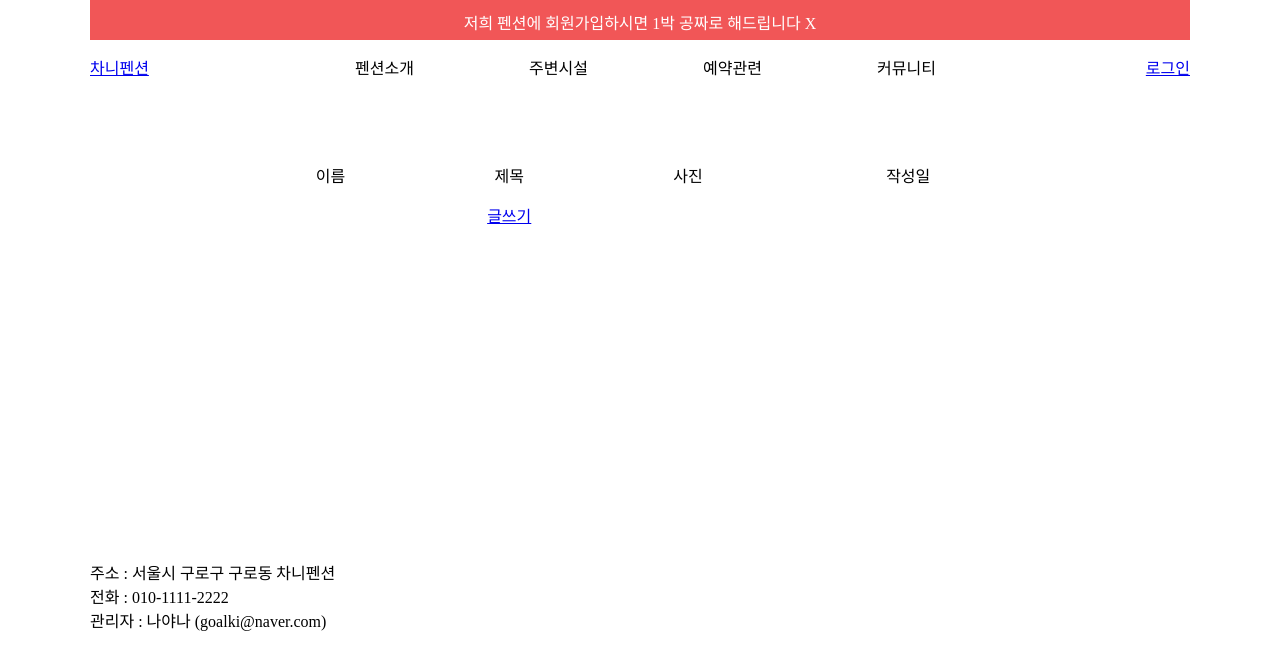
Repository: goalki/pension
Page: http://localhost/pension/tour/list.jsp
An editor plug-in stored every save of this project. The page is shown before and after the next save, followed by the edit.
The browser window is 1280 px wide. The pictures show the whole page.
The page is served by Tomcat 9. Other server files are loaded and not shown. Queries for data that is not in the repository find no rows.

Above is the page before, as saved 2021-01-20 06:34:06.

### pension/WebContent/tour/list.jsp
<%@ page language="java" contentType="text/html; charset=UTF-8"
    pageEncoding="UTF-8"%>
<%@page import="java.sql.*" %>
<%@page import="pension.dto.TourDto" %>
<%@page import="pension.dao.Dao" %>
<%@page import="java.util.ArrayList" %>
<%@ taglib prefix="c" uri="http://java.sun.com/jsp/jstl/core" %>

<%
   Dao dao=new Dao();
   ArrayList<TourDto> list=dao.tour_list();
   pageContext.setAttribute("list", list);
   //out.print(list.size());
%>

<%@ include file="../top.jsp" %>


 <style>
  #section {
    width:1100px;
    height:400px;
    margin:auto;
    text-align:center;
    margin-top:60px;
  }
 </style>
 <div id="section">
   <!-- 레코드 내용 출력 -->
   <table width="800" align="center">
     <tr>
       <td> 이름 </td>
       <td> 제목 </td>
       <td> 사진 </td>
       <td> 작성일 </td>
     </tr>
    <c:forEach var="tdto" items="${list}">
     <tr>
       <td> ${tdto.name} </td>
       <td> <a href="content.jsp?id=${tdto.id}"> ${tdto.title} </a> </td>
       <td> <img src="img/${tdto.fname}" width="50"> </td>
       <td> ${tdto.writeday}  </td>
     </tr>
     </c:forEach>
     <tr height="50">
      <td colspan="3" align="center"> <a href="write.jsp"> 글쓰기 </a> </td>
     </tr>
   </table>
 </div>

<%@ include file="../bottom.jsp" %>

### pension/WebContent/top.jsp
<%@ page language="java" contentType="text/html; charset=UTF-8"
    pageEncoding="UTF-8"%>
<%@ taglib prefix="c" uri="http://java.sun.com/jsp/jstl/core" %>

<!DOCTYPE html>
<html>       <!-- index.jsp -->
<head>
<meta charset="UTF-8">
<title>Insert title here</title>
  <style>
    body {
      margin:0px;
    }
    #first {  /* 광고관련 1층 */
      width:1100px;
      height:30px;
      margin:auto;
      background:#f15657;
      text-align:center;
      padding-top:10px;
      color:white;
    }
    #second {  /* 로고, 메뉴 2층 */
      width:1100px;
      height:60px;
      margin:auto;
    }
    #second #left {
      padding-top:15px;
      width:100px;
      float:left;
    }
    #second #right {
      padding-top:15px;
      width:1000px;
      float:right;
      text-align:right;
    }
    #second #right #menu {
      display:inline-block;
      width:170px;
      height:30px; /* 주메뉴의 높이를 줘야 됩니다 */
      position:relative;
    }
    #second #right #menu:last-child {
      width:250px;
    }
    #second #right #menu .sub {
      position:absolute;
      width:120px;
      left:88px;
      top:10px;
      background:white;
      padding-left:0px;
      visibility:hidden;
      padding-top:10px;

    }
    #second #right #menu .sub li {
      list-style-type:none;
      text-align:center; /* 서브메뉴의 글자 중앙 */
    }


  </style>
    <script src="http://code.jquery.com/jquery-latest.js"></script>
  <script>
    function view_sub(n)
    {
    	document.getElementsByClassName("sub")[n].style.visibility="visible";
    }
    function hide_sub(n)
    {
    	document.getElementsByClassName("sub")[n].style.visibility="hidden";
    }

    $(function()
    {
    	$("#ff").click(function()
    	{
    		$("#first").slideUp();

    	});
    });
  </script>
</head>
<body>
  <div id="first">
     저희 펜션에 회원가입하시면  1박 공짜로 해드립니다
   <span id="ff"  style="cursor:pointer"> X </span>
  </div>
  <div id="second">
     <div id="left"> <a href="../main/index.jsp"> 차니펜션 </a></div>
     <div id="right">
        <span id="menu" onmouseenter="view_sub(0)" onmouseleave="hide_sub(0)"> 펜션소개
        <!-- 부메뉴 -->
           <ul class="sub">
            <li> <a href="../sogae/sogae.jsp"> 우리펜션 </a> </li>
            <li> 오시는길 </li>
           </ul>
        </span>
        <span id="menu" onmouseenter="view_sub(1)" onmouseleave="hide_sub(1)"> 주변시설
        <!-- 부메뉴 -->
           <ul class="sub">
            <li> 만리포 </li>
            <li> 연포</li>
            <li> 채석정 </li>
           </ul>
        </span>
        <span id="menu" onmouseenter="view_sub(2)" onmouseleave="hide_sub(2)"> 예약관련
         <!-- 부메뉴 -->
           <ul class="sub">
            <li>  예약 규정 </a> </li>
            <li> <a href="../reserve/reserve.jsp"> 실시간 예약 </a> </li>
           </ul>
        </span>
        <span id="menu" onmouseenter="view_sub(3)" onmouseleave="hide_sub(3)"> 커뮤니티
        <!-- 부메뉴 -->
           <ul class="sub">
            <li> <a href="../tour/list.jsp"> 여행 후기  </a></li>
            <li> 자유게시판 </li>
           </ul>
        </span>
        <span id="menu">
          <!-- 로그인 전 -->
          <c:if test="${userid == null}">
           <a href="../login/login.jsp"> 로그인 </a>
          </c:if>
          <!-- 관리자 로그인 한 경우 -->
          <c:if test="${userid == 'admin'}">
           <a href="../admin/reserve_view.jsp"> 예약관리  </a> /
           <a href="../admin/member_view.jsp"> 회원관리 </a> /
           <a href="../login/logout.jsp"> 로그아웃 </a>
          </c:if>
          <!--  로그인 한 후 -->
          <c:if test="${userid != null and userid != 'admin'}">
            ${name}님!! <a href="../mypage/mypage.jsp"> 내정보 </a>  <a href="../login/logout.jsp"> 로그아웃 </a>
          </c:if>

        </span>
    </div>
  </div>
  <!-- 여기까지 1층과 2층  top.jsp -->

### pension/WebContent/bottom.jsp
<%@ page language="java" contentType="text/html; charset=UTF-8"
    pageEncoding="UTF-8"%>
 <style>
 #fifth {     /* 펜션소개 5층 */
      width:1100px;
      height:100px;
      margin:auto;
    }
 </style>
<!-- 여기부터 5층 => bottom.jsp -->
  <div id="fifth">
    주소 : 서울시 구로구 구로동 차니펜션 <br>
    전화 : 010-1111-2222 <br>
    관리자 : 나야나  (goalki@naver.com) <br>
  </div>

</body>
</html>

### pension/src/pension/dao/Dao.java
package pension.dao;

import java.sql.*;
import java.time.LocalDate;
import java.util.ArrayList;

import com.oreilly.servlet.MultipartRequest;

import pension.dto.MemberDto;
import pension.dto.ReserveDto;
import pension.dto.RoomDto;
import pension.dto.TourDto;

public class Dao {

	String db="jdbc:mysql://localhost:3306/pension";
	String userid="root";
    String pw="1234";
    Connection conn;
	public Dao() throws ClassNotFoundException, SQLException
	{
		Class.forName("com.mysql.jdbc.Driver"); // 기능은 무조건 메소드내에서 실행
		conn=DriverManager.getConnection(db,userid,pw);
	}
	// room 테이블의 전체내용을 가져오기
    public ArrayList<RoomDto> get_room() throws SQLException
    {
    	String sql="select name,id from room order by price asc";
    	Statement stmt=conn.createStatement();
    	ResultSet rs=stmt.executeQuery(sql);
    	ArrayList<RoomDto> list=new ArrayList<RoomDto>();
    	while(rs.next())
    	{
    		RoomDto rdto=new RoomDto();
    		rdto.setId(rs.getInt("id"));
    		rdto.setName(rs.getString("name"));
    		list.add(rdto);
    	}
    	/*
    	String sql="select name from room order by price asc";
    	Statement stmt=conn.createStatement();
    	ResultSet rs=stmt.executeQuery(sql);
    	ArrayList<String> list=new ArrayList<String>();
    	while(rs.next())
    	{
    		list.add(rs.getString("name"));
    	}
    	*/
    	return list;
    }

    // 사용자가 선택한 방의 정보를 가져오기
    public RoomDto select_room(String id) throws SQLException
    {
    	String sql="select * from room where id="+id;
    	Statement stmt=conn.createStatement();
    	ResultSet rs=stmt.executeQuery(sql);
    	rs.next();
    	RoomDto rdto=new RoomDto();
    	rdto.setId(rs.getInt("id"));
    	rdto.setName(rs.getString("name"));
    	rdto.setMax(rs.getInt("max"));
    	rdto.setMin(rs.getInt("min"));
    	rdto.setPrice(rs.getInt("price"));

    	return rdto;
    }

    public void insert(ReserveDto rdto,String userid) throws SQLException // reserve테이블에 입력값을 넣기
    {
    	// 쿼리 생성
    	String outday="date_add('"+rdto.getInday()+"', interval "+rdto.getSuk()+" day)";
    	String sql="insert into reserve(rid,name,phone,inday,outday";
    	sql=sql+",inwon1,inwon2,inwon3,bbq,pork,suk_price,etc_price,tot_price,writeday,userid) ";
    	sql=sql+" values(?,?,?,?,"+outday+",?,?,?,?,?,?,?,?,now(),?)";

    	// date_add('2021-01-05',interval 숙박일 day);
    	PreparedStatement pstmt=conn.prepareStatement(sql);
    	pstmt.setInt(1, rdto.getRid());
    	pstmt.setString(2, rdto.getName());
    	pstmt.setString(3, rdto.getPhone());
    	pstmt.setString(4, rdto.getInday());
    	//pstmt.setString(5, outday);
    	pstmt.setInt(5, rdto.getInwon1());
    	pstmt.setInt(6, rdto.getInwon2());
    	pstmt.setInt(7, rdto.getInwon3());
    	pstmt.setInt(8, rdto.getBbq());
    	pstmt.setInt(9, rdto.getPork());
    	pstmt.setInt(10, rdto.getSuk_price());
    	pstmt.setInt(11, rdto.getEtc_price());
    	pstmt.setInt(12, rdto.getTot_price());
    	pstmt.setString(13, userid);
    	pstmt.executeUpdate();
    	//System.out.println(pstmt.toString());
    	conn.close();
    }

    public ReserveDto get_reserve(String userid) throws SQLException // 방금 예약한 정보를 가져오는 메소드(1개의 레코드)
    {
    	String sql="select * from reserve where userid='"+userid+"' order by id desc limit 1";
    	Statement stmt=conn.createStatement();
    	ResultSet rs=stmt.executeQuery(sql);
    	rs.next();
    	ReserveDto rdto=new ReserveDto();
    	rdto.setId(rs.getInt("id"));
    	rdto.setRid(rs.getInt("rid"));
    	rdto.setName(rs.getString("name"));
    	rdto.setPhone(rs.getString("phone"));
    	rdto.setInday(rs.getString("inday"));
    	rdto.setOutday(rs.getString("outday"));
    	rdto.setInwon1(rs.getInt("inwon1"));
    	rdto.setInwon2(rs.getInt("inwon2"));
    	rdto.setInwon3(rs.getInt("inwon3"));
    	rdto.setBbq(rs.getInt("bbq"));
    	rdto.setPork(rs.getInt("pork"));
    	rdto.setSuk_price(rs.getInt("suk_price"));
    	rdto.setEtc_price(rs.getInt("etc_price"));
    	rdto.setTot_price(rs.getInt("tot_price"));
    	rdto.setWriteday(rs.getString("writeday"));

    	// 방이름 가져오기
    	sql="select name from room where id="+rdto.getRid();
    	rs=stmt.executeQuery(sql);
    	rs.next();
    	rdto.setRoomname(rs.getString("name"));
    	return rdto;

    }

    public int room_state(String rid, String xday) throws SQLException// y-m-d형태의 값과 room의 id(rid)값을 받아서 예약이 되었는지를 int값으로 가져온다..
    {
    	String sql="select count(*) as cnt from reserve where inday <= ?  and outday > ? and rid=? ";
    	PreparedStatement pstmt=conn.prepareStatement(sql);
    	pstmt.setString(1, xday);
    	pstmt.setString(2, xday);
    	pstmt.setString(3, rid);
    	ResultSet rs=pstmt.executeQuery();
    	rs.next();

    	return rs.getInt("cnt");
    }

    public int suk_check(String y,String m, String d, String rid) throws SQLException
    {
        int yy=Integer.parseInt(y);
        int mm=Integer.parseInt(m);
        int dd=Integer.parseInt(d);
    	LocalDate inday=LocalDate.of(yy, mm, dd);
    	int chk=0;

    	for(int i=1;i<=8;i++)
    	{
    	  LocalDate xday=inday.plusDays(i);
    	  chk=i;
    	  String sql="select * from reserve where inday <= ? and outday > ? and rid=?";
    	  PreparedStatement pstmt=conn.prepareStatement(sql);
          pstmt.setString(1, xday.toString());
          pstmt.setString(2, xday.toString());
          pstmt.setString(3, rid);

    	  ResultSet rs=pstmt.executeQuery();
          if(rs.next())  // 레코드 있으면 true, 없으면 false
          {
        	break;// 멈춘다!!
          }

    	} // for문의 끝

    	return chk; // 몇박을 나타낼지!!
    }

    public void member_ok(MemberDto mdto) throws SQLException
    {
    	String sql="insert into member(name,userid,pwd,phone,writeday) ";
    	sql=sql+" values(?,?,?,?,now())";
    	PreparedStatement pstmt=conn.prepareStatement(sql);
        pstmt.setString(1, mdto.getName());
        pstmt.setString(2, mdto.getUserid());
        pstmt.setString(3, mdto.getPwd());
        pstmt.setString(4, mdto.getPhone());

        pstmt.executeUpdate();

        conn.close();

    }

    public boolean ismember(String userid, String pwd) throws SQLException // 회원인지 아닌지  true, false
    {
    	String sql="select * from member where userid=? and pwd=?";
    	PreparedStatement pstmt=conn.prepareStatement(sql);
    	pstmt.setString(1, userid);
    	pstmt.setString(2, pwd);

    	ResultSet rs=pstmt.executeQuery(); // 레코드가 있든지, 없든지

		/*
		 * if(rs.next()) return true; else return false;
		 */
    	return rs.next();
    }

    public int isuserid(String userid) throws SQLException
    {
    	String sql="select count(*) as num from member where userid='"+userid+"'";
    	Statement stmt=conn.createStatement();
    	ResultSet rs=stmt.executeQuery(sql);
    	rs.next();
    	// 아이디가 존재하면 1, 아니면 0
    	return rs.getInt("num");
    }

    public MemberDto mypage(String userid) throws SQLException
    {
    	String sql="select * from member where userid='"+userid+"'";
    	Statement stmt=conn.createStatement();
    	ResultSet rs=stmt.executeQuery(sql);
    	rs.next();
    	MemberDto mdto=new MemberDto();
    	mdto.setName(rs.getString("name"));
    	mdto.setPhone(rs.getString("phone"));

    	return mdto;
    }

    public ArrayList<ReserveDto> my_reserve(String userid) throws SQLException
    {
    	String sql="select r2.name,r1.inday,r1.outday,r1.bbq,r1.pork";
    	sql=sql+",r1.writeday from reserve as r1, room as r2 ";
    	sql=sql+" where r1.rid=r2.id and userid='"+userid+"'";
    	System.out.println(sql);
    	Statement stmt=conn.createStatement();
    	ResultSet rs=stmt.executeQuery(sql);
    	ArrayList<ReserveDto> list=new ArrayList<ReserveDto>();
    	while(rs.next())
    	{
    	  ReserveDto rdto=new ReserveDto();
    	  rdto.setRoomname(rs.getString("name"));
    	  rdto.setInday(rs.getString("inday"));
    	  rdto.setOutday(rs.getString("outday"));
       	  rdto.setBbq(rs.getInt("bbq"));
    	  rdto.setPork(rs.getInt("pork"));
    	  rdto.setWriteday(rs.getString("writeday"));

    	  list.add(rdto);
    	}

    	return list;
    }

    public String get_name(String userid) throws SQLException
    {
    	String sql="select name from member where userid='"+userid+"'";
    	Statement stmt=conn.createStatement();
    	ResultSet rs=stmt.executeQuery(sql);
    	rs.next();
    	return rs.getString("name");
    }

    // 아이디찾기
    public String userid_search(String name, String phone) throws SQLException
    {
    	String sql="select userid from member where name=? and phone=?";
    	PreparedStatement pstmt=conn.prepareStatement(sql);
    	pstmt.setString(1, name);
    	pstmt.setString(2, phone);
    	ResultSet rs=pstmt.executeQuery();
    	if(rs.next())
    	{
    		return rs.getString("userid");
    	}
    	else
    	{
    		return "0";
    	}

    }

    // 비밀번호 찾기
    public String pwd_search(String userid, String name, String phone) throws SQLException
    {
    	String sql="select pwd from member where name=? and phone=? and userid=?";
    	PreparedStatement pstmt=conn.prepareStatement(sql);
    	pstmt.setString(1, name);
    	pstmt.setString(2, phone);
    	pstmt.setString(3, userid);
    	ResultSet rs=pstmt.executeQuery();
    	if(rs.next())
    	{
    		return rs.getString("pwd");
    	}
    	else
    	{
    		return "0";
    	}
    }


    // 관리자가 reserve테이블에 읽어오기
    public ArrayList<ReserveDto> admin_reserve() throws SQLException
    {
    	String sql="select r1.name, r1.phone, r2.name as roomname,r1.inday,r1.outday,r1.bbq,r1.pork";
    	sql=sql+",r1.writeday from reserve as r1, room as r2 ";
    	sql=sql+" where r1.rid=r2.id order by r1.id desc";
    	//System.out.println(sql);
    	Statement stmt=conn.createStatement();
    	ResultSet rs=stmt.executeQuery(sql);
    	ArrayList<ReserveDto> list=new ArrayList<ReserveDto>();
    	while(rs.next())
    	{
    	  ReserveDto rdto=new ReserveDto();
    	  rdto.setName(rs.getString("name"));
    	  rdto.setPhone(rs.getString("phone"));
    	  rdto.setRoomname(rs.getString("roomname"));
    	  rdto.setInday(rs.getString("inday"));
    	  rdto.setOutday(rs.getString("outday"));
       	  rdto.setBbq(rs.getInt("bbq"));
    	  rdto.setPork(rs.getInt("pork"));
    	  rdto.setWriteday(rs.getString("writeday"));

    	  list.add(rdto);
    	}

    	return list;
    }

    public ArrayList<MemberDto> admin_member() throws SQLException
    {
    	String sql="select * from member where userid != 'admin' order by name asc";
    	Statement stmt=conn.createStatement();
    	ResultSet rs=stmt.executeQuery(sql);
    	ArrayList<MemberDto> list=new ArrayList<MemberDto>();
    	while(rs.next())
    	{
    	   	MemberDto mdto=new MemberDto();
    	   	mdto.setName(rs.getString("name"));
    	   	mdto.setUserid(rs.getString("userid"));
    	   	mdto.setPhone(rs.getString("phone"));
    	   	mdto.setWriteday(rs.getString("writeday"));
    	   	mdto.setState(rs.getInt("state"));

    	   	list.add(mdto);
    	}

    	return list;
    }

    public String get_name_phone(String userid) throws SQLException
    {
    	String sql="select name,phone from member where userid='"+userid+"'";
    	Statement stmt=conn.createStatement();
    	ResultSet rs=stmt.executeQuery(sql);
    	rs.next();
    	String np=rs.getString("name")+","+rs.getString("phone");
    	return np;
    }

    public void tour_write_ok(TourDto tdto) throws SQLException
    {
    	String sql="insert into tour(title,name,content,fname,writeday)";
        sql=sql+" values(?,?,?,?,now())";

		PreparedStatement pstmt=conn.prepareStatement(sql);
		pstmt.setString(1, tdto.getTitle());
		pstmt.setString(2, tdto.getName());
		pstmt.setString(3, tdto.getContent());
		pstmt.setString(4, tdto.getFname());

		pstmt.executeUpdate();

    }

    public ArrayList<TourDto> tour_list() throws SQLException
    {
        String sql="select * from tour order by id desc";
        Statement stmt=conn.createStatement();
        ResultSet rs=stmt.executeQuery(sql);

        ArrayList<TourDto> list=new ArrayList<TourDto>();
    	while(rs.next())
    	{
    	   	TourDto tdto=new TourDto();
    	   	tdto.setName(rs.getString("name"));
    	   	tdto.setTitle(rs.getString("title"));
    	   	tdto.setFname(rs.getString("fname"));
    	   	tdto.setWriteday(rs.getString("writeday"));
  	   	    tdto.setId(rs.getInt("id"));

    	   	list.add(tdto);
    	}
    	System.out.println(list.size());
    	return list;
    }
}

After the next save:
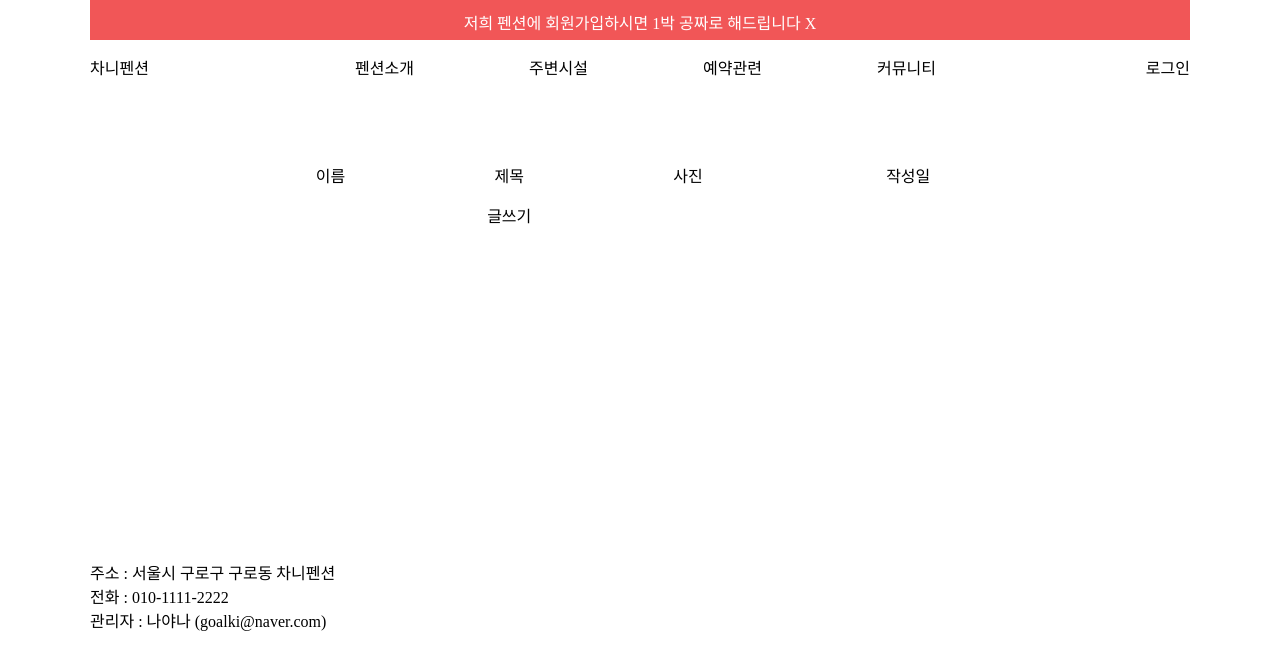
Saved 24 s later.
--- a/pension/WebContent/top.jsp
+++ b/pension/WebContent/top.jsp
@@ -10,6 +10,10 @@
   <style>
     body {
       margin:0px;
+    }
+    a {
+      text-decoration:none;
+      color:black;
     }
     #first {  /* 광고관련 1층 */
       width:1100px;
